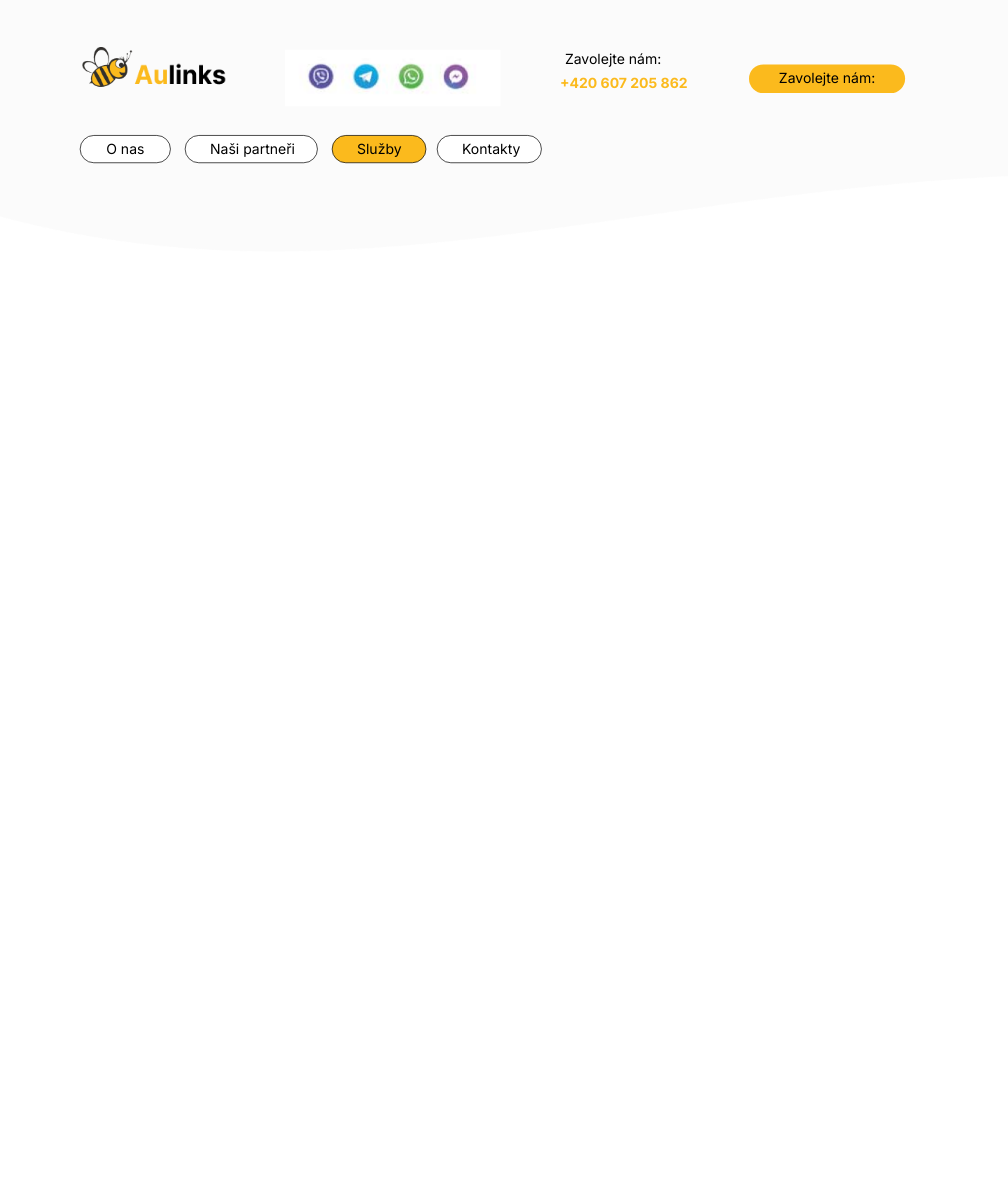
Repository: bilday08/bilday08.github.io
Page: page2.html
The author's editor kept a copy of each file at every save. The page is drawn from the files as they stood at one save, then again after the next save.
The browser window is 1280 px wide. The page is 1440 px wide, so the pictures cover 1440 px, including what lies to the right of the window. The pictures show the part of the page from y = 0 to 1720 px (the page is 5235 px tall before and 1032 px after), at 70% of full size.

Above is the page before, as saved 2022-10-14 16:39:56.

### page2.html
<!DOCTYPE html>
<html>
<head>
    <meta charset= utf-8 />
    <meta http-equiv="X-UA-Compatible" content="IE=edge">
    <meta name="viewport" content="width=device-width, initial-scale=1.0">
    <link href="./reset.css" rel="stylesheet"/>
    <link href="./style2.css" rel="stylesheet"/>
    <link href="./responsive2.css" rel="stylesheet"/>
    <link
    rel="stylesheet"
    href="https://cdnjs.cloudflare.com/ajax/libs/font-awesome/6.2.0/css/all.min.css"
    integrity="sha512-xh6O/CkQoPOWDdYTDqeRdPCVd1SpvCA9XXcUnZS2FmJNp1coAFzvtCN9BmamE+4aHK8yyUHUSCcJHgXloTyT2A=="
    crossorigin="anonymous"
    referrerpolicy="no-referrer" />
    <title>aulinks2</title>
    <link rel="preconnect" href="https://fonts.googleapis.com">
    <link rel="preconnect" href="https://fonts.gstatic.com" crossorigin>
    <link href="https://fonts.googleapis.com/css2?family=Inter:wght@400;600;700;900&display=swap" rel="stylesheet">
    <link
    href="https://cdn.jsdelivr.net/npm/bootstrap@5.2.2/dist/css/bootstrap.min.css"
    rel="stylesheet"
    integrity="sha384-Zenh87qX5JnK2Jl0vWa8Ck2rdkQ2Bzep5IDxbcnCeuOxjzrPF/et3URy9Bv1WTRi"
    crossorigin="anonymous">
    <link
    href="https://cdn.jsdelivr.net/npm/bootstrap@5.2.2/dist/css/bootstrap.min.css"
    rel="stylesheet"
    integrity="sha384-Zenh87qX5JnK2Jl0vWa8Ck2rdkQ2Bzep5IDxbcnCeuOxjzrPF/et3URy9Bv1WTRi"
    crossorigin="anonymous">
</head>
<body>
    <div class="wrapper">
        <herder class="herder">
            <div class="container-top">
                <img srcset="./images/logo.png 2x" alt="#" class="herder-log"/>
                <div class="herder-log--2">
                    <img src="./images/Aulinks.png" alt="#" class="herder-log--line"/>
                    <img src="./images/Menu Rounded.png" alt="#" class="herder-log-menu">
                </div>
                <div class="herder-images">
                    <img src="./images/1.png" alt="#" class="herder-images--contact"/>
                </div>
                <div class="herder-phone">
                    <span class="herder-phone--text">Zavolejte nám:</span>
                    <span class="herder-phone--number">+420 607 205 862</span>
                </div>
                <div class="herder-button">
                    <a href="#" class="herder-button--brand">Zavolejte nám:</a>
                </div>
                <div class="herder-button--bottom">
                    <a href="#" class="herder-button--bottom1">O nas</a>
                    <a href="#" class="herder-button--bottom2">Naši partneři</a>
                    <a href="#" class="herder-button--bottom3">Služby</a>
                    <a href="#" class="herder-button--bottom4">Kontakty</a>
                </div>
<script
src="https://cdn.jsdelivr.net/npm/@popperjs/core@2.11.6/dist/umd/popper.min.js"
integrity="sha384-oBqDVmMz9ATKxIep9tiCxS/Z9fNfEXiDAYTujMAeBAsjFuCZSmKbSSUnQlmh/jp3"
crossorigin="anonymous"></script>
<script
src="https://cdn.jsdelivr.net/npm/bootstrap@5.2.2/dist/js/bootstrap.min.js"
integrity="sha384-IDwe1+LCz02ROU9k972gdyvl+AESN10+x7tBKgc9I5HFtuNz0wWnPclzo6p9vxnk"
crossorigin="anonymous"></script>
</body>
</html>

### style2.css
*{
    box-sizing: border-box;
    font-family: 'Inter', sans-serif;
    margin: 0;
    padding: 0;
}
.wrapper{
    max-width: 1440px;
    height: 5235px;
}
  /*hedder*/
.container-top{
    max-width: 1440px;
    height: 410px;
    background-image: url(./images/Rectangle\ 8\ \(7\).png);
    background-repeat: no-repeat;
    background-size: auto;
    position: absolute;
}
.herder-log{
    position: absolute;
    width: 78px;
    height: 71px;
    margin-top: 60px;
    margin-left: 114px;
}
.herder-log--line{
    width: 130px;
    height: 30px;
    margin-left: 192px;
    margin-top: 91px;
}
.herder-log-menu{
    width: 30px;
    height: 30px;
    display: none;
}
.herder-images--contact{
    width: 308.12px;
    height: 81.11px;
    margin-left: 407px;
    margin-top: -50px;
}
.herder-phone--text{
    display: block;
    width: 145px;
    height: 30px;
    font-weight: 400;
    font-size: 20px;
    line-height: 24px;
    color: black;
    margin-left: 807px;
    margin-top: -79px;
    margin-right: 491px;
}
.herder-phone--number{
    display: block;
    width: 185px;
    height: 24px;
    font-weight: 700;
    font-size: 20px;
    line-height: 24px;
    color: #FBBA1D;
    margin: 4px 455px 0 800px;
}
.herder-button--brand{
   text-align: center;
   text-decoration: none;
   padding: 8px 39px;
   color: black;
   background-color: #FBBA1D;
   width: 223px;
   height: 41px;
   font-weight: 400;
   font-size: 20px;
   line-height: 24px;
   border-radius: 30px;
   margin-top: -39px;
   margin-left: 1070px;
   display: block;
}
.herder-button--bottom1{
   text-decoration: none;
   text-align: center;
   display: block;
   color: black;
   background-color: white;
   padding: 7px 35px;
   width: 130px;
   height: 40px;
   font-weight: 400;
   font-size: 20px;
   line-height: 24px;
   border-radius: 30px;
   border: 1px solid #000000;
   margin-top: 60px;
   margin-left: 114px;
}
.herder-button--bottom2{
   text-decoration: none;
   text-align: center;
   display: block;
   color: black;
   background-color: white;
   padding: 7px 35px;
   width: 190px;
   height: 40px;
   font-weight: 400;
   font-size: 20px;
   line-height: 24px;
   border-radius: 30px;
   border: 1px solid #000000;
   margin-top: -40px;
   margin-left: 264px;
   white-space: nowrap;
}
.herder-button--bottom3{
   text-decoration: none;
   text-align: center;
   display: block;
   color: black;
   background-color: #FBBA1D;
   padding: 7px 35px;
   width: 135px;
   height: 40px;
   font-weight: 400;
   font-size: 20px;
   line-height: 24px;
   border-radius: 30px;
   border: 1px solid #000000;
   margin-top: -40px;
   margin-left: 474px;
}
.herder-button--bottom4{
   text-decoration: none;
   text-align: center;
   display: block;
   color: black;
   background-color: white;
   padding: 7px 35px;
   width: 150px;
   height: 40px;
   font-weight: 400;
   font-size: 20px;
   line-height: 24px;
   border-radius: 30px;
   border: 1px solid #000000;
   margin-top: -40px;
   margin-left: 624px;
}

### responsive2.css
*{
    box-sizing: border-box;
    font-family: 'Inter', sans-serif;
    margin: 0;
    padding: 0;
}
.wrapper{
    max-width: 1440px;
}
  /*hedder*/
.container-top{
    max-width: 1440px;
    height: 410px;
    background-image: url(./images/Rectangle\ 8\ \(3\).png);
    background-repeat: no-repeat;
    background-size: auto;
    position: absolute;
}
.herder-log{
    position: absolute;
    width: 78px;
    height: 71px;
    margin-top: 60px;
    margin-left: 114px;
}
.herder-log--line{
    width: 130px;
    height: 30px;
    margin-left: 192px;
    margin-top: 91px;
}
.herder-log-menu{
    width: 30px;
    height: 30px;
    display: none;
}
.herder-images--contact{
    width: 308.12px;
    height: 81.11px;
    margin-left: 407px;
    margin-top: -50px;
}
.herder-phone--text{
    display: block;
    width: 145px;
    height: 30px;
    font-weight: 400;
    font-size: 20px;
    line-height: 24px;
    color: black;
    margin-left: 807px;
    margin-top: -79px;
    margin-right: 491px;
}
.herder-phone--number{
    display: block;
    width: 185px;
    height: 24px;
    font-weight: 700;
    font-size: 20px;
    line-height: 24px;
    color: #FBBA1D;
    margin: 4px 455px 0 800px;
}
.herder-button--brand{
   text-align: center;
   text-decoration: none;
   padding: 8px 39px;
   color: black;
   background-color: #FBBA1D;
   width: 223px;
   height: 41px;
   font-weight: 400;
   font-size: 20px;
   line-height: 24px;
   border-radius: 30px;
   margin-top: -39px;
   margin-left: 1070px;
   display: block;
}
.herder-button--bottom1{
   text-decoration: none;
   text-align: center;
   display: block;
   color: black;
   background-color: white;
   padding: 7px 35px;
   width: 130px;
   height: 40px;
   font-weight: 400;
   font-size: 20px;
   line-height: 24px;
   border-radius: 30px;
   border: 1px solid #000000;
   margin-top: 60px;
   margin-left: 114px;
}
.herder-button--bottom2{
   text-decoration: none;
   text-align: center;
   display: block;
   color: black;
   background-color: white;
   padding: 7px 35px;
   width: 190px;
   height: 40px;
   font-weight: 400;
   font-size: 20px;
   line-height: 24px;
   border-radius: 30px;
   border: 1px solid #000000;
   margin-top: -40px;
   margin-left: 264px;
   white-space: nowrap;
}
.herder-button--bottom3{
   text-decoration: none;
   text-align: center;
   display: block;
   color: black;
   background-color: #FBBA1D;
   padding: 7px 35px;
   width: 135px;
   height: 40px;
   font-weight: 400;
   font-size: 20px;
   line-height: 24px;
   border-radius: 30px;
   border: 1px solid #000000;
   margin-top: -40px;
   margin-left: 474px;
}
.herder-button--bottom4{
   text-decoration: none;
   text-align: center;
   display: block;
   color: black;
   background-color: white;
   padding: 7px 35px;
   width: 150px;
   height: 40px;
   font-weight: 400;
   font-size: 20px;
   line-height: 24px;
   border-radius: 30px;
   border: 1px solid #000000;
   margin-top: -40px;
   margin-left: 624px;
}
.container-center{
    position: absolute;
    width: 1440px;
    height: 794px;
    background-image: url(./images/2.png);
    background-size: 100%;
    background-repeat: no-repeat;
    margin-top: 5px;
}
.herder-background--content1{
    width: 427px;
    height: 95px;
    font-weight: 600;
    font-size: 40px;
    line-height: 48px;
    color: #000000;
    margin-left: 800px;
    margin-top: 132px;
}
.herder-background--content2{
    width: 535px;
    height: 120px;
    font-weight: 400;
    font-size: 17px;
    line-height: 30px;
    color: #000000;
    margin-top: 28px;
    margin-left: 800px;
}
.herder-backgroud--button1{
   text-decoration: none;
   text-align: center;
   display: block;
   padding: 8px 39px;
   color: black;
   background-color: #FBBA1D;
   width: 271px;
   height: 41px;
   font-weight: 400;
   font-size: 20px;
   line-height: 24px;
   border-radius: 30px;
   margin-top: 43px;
   margin-left: 800px;
   white-space: nowrap;
}
.herder-images--top_center{
    max-width: 100%;
    height: auto;
}
.center-button--white{
    text-decoration: none;
    max-width: 1093px;
    height: 313px;
    background-color:#FFFFFF;
    border-radius: 81px;
    display: block;
    margin-top: 165px;
    margin-left: 162px;
    margin-right: 185px;
    padding-top: 78px;
}
.center-button--first1{
    display: block;
    font-weight: 600;
    font-size: 100px;
    line-height: 121px;
    color: #646464;
    margin-left: 49px;
}
.center-button--first2{
    width: 240px;
    height: 33px;
    display: block;
    font-weight: 400;
    font-size: 30px;
    line-height: 30px;
    color: #000000;
    margin-left: 62px;
    margin-bottom: 78px;
}
.center-button--second1{
    width: 224px;
    height: 124px;
    font-style: normal;
    font-weight: 600;
    font-size: 100px;
    line-height: 121px;
    color: #646464;
    margin-left: 437px;
    margin-top: -235px;
    display: block;
}
.center-button--second2{
    display: block;
    position: absolute;
    font-style: normal;
    font-weight: 400;
    font-size: 30px;
    line-height: 30px;
    color: black;
    margin-left: 515px;
    margin-bottom: 78px;
}
.center-button--third1{
    display: block;
    font-weight: 600;
    font-size: 100px;
    line-height: 121px;
    color: #646464;
    margin-left: 838px;
    margin-top: -127px;
}
.center-button--third2{
    display: block;
    position: absolute;
    font-style: normal;
    font-weight: 400;
    font-size: 30px;
    line-height: 30px;
    color: black;
    margin-left: 868px;
    margin-top: 6px;
}
 /*main*/
.global-heading{
    max-width: 418px;
    height: 95px;
    font-weight: 600;
    font-size: 40px;
    line-height: 48px;
    color: #000000;
    margin-top: 213px;
    margin-left: 113px;
}
.global-text{
    font-weight: 400;
    font-size: 17px;
    line-height: 30px;
    color: #000000;
    max-width: 432px;
    height: 189px;
    margin-left: 113px;
    margin-top: 41px;
}
.service-button--first{
    text-decoration: none;
    text-align: center;
    display: block;
    padding: 8px 39px;
    color: black;
    background-color: #FBBA1D;
    width: 271px;
    height: 41px;
    font-weight: 400;
    font-size: 20px;
    line-height: 24px;
    border-radius: 30px;
    white-space: nowrap;
    margin-left: 113px;
}
.service-images--first{
    width: 583px;
    height: 360px;
    display: block;
    margin-top: -338px;
    margin-left: 750px;
}
.service-images--sencond{
    width: 544px;
    height: 312px;
    display: block;
    margin-top: 143px;
    margin-left: 113px;
}
.global-heading2{
    max-width: 418px;
    height: 95px;
    font-weight: 600;
    font-size: 40px;
    line-height: 48px;
    color: #000000;
    margin-top: -360px;
    margin-left: 750px;
}
.global-text2{
    font-weight: 400;
    font-size: 17px;
    line-height: 30px;
    color: #000000;
    max-width: 432px;
    height: 189px;
    margin-left: 750px;
    margin-top: 41px;
}
.service-button--second{
    text-decoration: none;
    text-align: center;
    display: block;
    padding: 8px 39px;
    color: black;
    background-color: #FBBA1D;
    width: 271px;
    height: 41px;
    font-weight: 400;
    font-size: 20px;
    line-height: 24px;
    border-radius: 30px;
    white-space: nowrap;
    margin-left: 750px;
}
.container-brand{
    background-image: url(./images/Rectangle\ 7.png);
    background-repeat: no-repeat;
    background-size: auto;
    position: absolute;
    width: 1440px;
    height: 429px;
    margin-top: 164px;
}
.brand-images1{
    margin-top: 227px;
    margin-left: 128px;
}
.brand-images2{
    margin-top: 237px;
    margin-left: 43px;
}
.brand-images3{
    margin-top: 231px;
    margin-left: 43px;
}
.brand-images4{
    margin-top: 256px;
    margin-left: 43px;
}
.brand-images5{
    margin-top: 233px;
    margin-left: 43px;
}
.brand-images6{
    margin-top: 253px;
    margin-left: 43px;
}
.titles-icon{
    width: 738px;
    height: 56px;
    font-weight: 600;
    font-size: 40px;
    line-height: 48px;
    color: #000000;
    margin-top: 712px;
    margin-left: 351px;
}
.icon-images1{
    width: 117px;
    height: 108px;
    margin-left: 230px;
    margin-top: 94px;
}
.icon-images2{
    width: 92px;
    height: 93px;
    margin-left: 98px;
    margin-top: 101px;
}
.icon-images3{
    width: 119px;
    height: 128px;
    margin-left: 135px;
    margin-top: 88px;
}
.icon-images4{
    width: 119px;
    height: 126px;
    margin-left: 127px;
    margin-top: 88px;
}
.icon-images5{
    width: 116px;
    height: 101px;
    margin-left: 90px;
    margin-top: 99px;
}
.icon-text1{
    text-align: center;
    display: block;
    width: 83px;
    height: 33px;
    font-weight: 400;
    font-size: 30px;
    line-height: 30px;
    color: #000000;
    margin-top: 25px;
    margin-left: 247px;
}
.icon-text2{
    text-align: center;
    display: block;
    width: 211px;
    height: 33px;
    font-weight: 400;
    font-size: 30px;
    line-height: 30px;
    color: #000000;
    margin-top: -33px;
    margin-left: 386px;
}
.icon-text3{
    text-align: center;
    display: block;
    width: 191px;
    height: 33px;
    font-weight: 400;
    font-size: 30px;
    line-height: 30px;
    color: #000000;
    margin-top: -33px;
    margin-left: 636px;
}
.icon-text4{
    text-align: center;
    display: block;
    width: 222px;
    height: 33px;
    font-weight: 400;
    font-size: 30px;
    line-height: 30px;
    color: #000000;
    margin-top: -33px;
    margin-left: 866px;
}
.icon-text5{
    text-align: center;
    display: block;
    width: 91px;
    height: 33px;
    font-weight: 400;
    font-size: 30px;
    line-height: 30px;
    color: #000000;
    margin-top: -33px;
    margin-left: 1140px;
}
.login-box{
    width: 692px;
    height: 530px;
    border: 1px solid #FBBA1D;
    border-radius: 42px;
    margin-top: 299px;
    margin-left: 113px;
}
.box-heading{
    height: 119px;
    width: 537px;
    font-weight: 600;
    font-size: 40px;
    line-height: 35px;
    color: #000000;
    margin-top: 46px;
    margin-left: 78px;
}
.box-text{
    height: 119px;
    width: 537px;
    font-weight: 400;
    font-size: 17px;
    line-height: 30px;
    color: #000000;
    margin-top: -65px;
    margin-left: 78px;
}
.titles1{
    display: block;
    font-weight: 400;
    font-size: 17px;
    color: #646464;
    line-height: 67px;
    margin-top: -357px;
    margin-left: 189px;
}
.titles2{
    display: block;
    font-weight: 400;
    font-size: 17px;
    color: #646464;
    line-height: 67px;
    margin-left: 189px
}
.titles3{
    display: block;
    font-weight: 400;
    font-size: 17px;
    color: #646464;
    line-height: 67px;
    margin-left: 189px
}
.underlined1{
    display: block;
    position: absolute;
    width: 541px;
    height: 0px;
    border: 1px solid #000000;
    margin-left: 189px;
}
.underlined2{
    display: block;
    position: absolute;
    width: 541px;
    height: 0px;
    border: 1px solid #000000;
    margin-left: 189px
}
.underlined3{
    display: block;
    position: absolute;
    width: 541px;
    height: 0px;
    border: 1px solid #000000;
    margin-left: 189px
}
.login-login--button{
    text-decoration: none;
    text-align: center;
    display: block;
    padding: 8px 103px;
    color: black;
    background-color: #FBBA1D;
    width: 271px;
    height: 41px;
    font-weight: 400;
    font-size: 20px;
    line-height: 24px;
    border-radius: 30px;
    white-space: nowrap;
    margin-top: 54px;
    margin-left: 324px;
}
.login-contact--number{
    display: block;
    width: 476px;
    height: 37px;
    font-weight: 900;
    font-size: 50px;
    line-height: 30px;
    color: #FBBA1D;
    margin-left: 854px;
    margin-top: -280px;
}
.login-contact--text{
    display: block;
    width: 172px;
    height: 33px;
    font-weight: 400;
    font-size: 20px;
    line-height: 30px;
    margin-left: 854px;
    margin-top: 26px;
}
.login-contact--images{
    width: 308px;
    height: 89px;
    margin-left: 827px;
    margin-top: 20px;
}
.container-bottom{
    width: 1440px;
    height: 338px;
    background: #FBFBFB;
    font-family: 'Inter', sans-serif;
    background-image: url(./images/Rectangle\ 10\ \(2\).png);
}
.footer-logo1{
    width: 78px;
    height: 71px;
    margin-top: 57px;
    margin-left: 113px;
}
.footer-logo2{
    width: 130px;
    height: 30px;
    margin-top: 78px;
}
.footer-text1{
    display: block;
    font-weight: 400;
    font-size: 17px;
    line-height: 30px;
    color: #000000;
    margin-left: 113px;
    margin-top: 90px;
}
.footer-text2{
    display: block;
    font-weight: 400;
    font-size: 17px;
    line-height: 30px;
    color: #000000;
    margin-left: 113px;
    margin-top: 4px;
}
.footer-text3{
    width: 319px;
    height: 63px;
    display: block;
    font-weight: 400;
    font-size: 17px;
    line-height: 30px;
    color: #000000;
    margin-left: 559px;
    margin-top:-200px;
}
.footer-text4{
    width: 145px;
    height: 30px;
    display: block;
    font-weight: 400;
    font-size: 17px;
    line-height: 30px;
    color: #000000;
    margin-left: 559px;
    margin-top: 58px;
}
.footer-number{
    width: 369px;
    height: 48px;
    font-weight: 700;
    font-size: 40px;
    line-height: 48px;
    color: #FBBA1D;
    margin-left: 559px;
}
.bottom1{
    text-decoration: none;
    text-align: center;
    display: block;
    color: black;
    background-color: white;
    padding: 7px 35px;
    width: 130px;
    height: 40px;
    font-weight: 400;
    font-size: 20px;
    line-height: 24px;
    border-radius: 30px;
    border: 1px solid #000000;
    margin: -220px 170px 16px 1140px;
}
.bottom2{
    text-decoration: none;
    text-align: center;
    display: block;
    color: black;
    background-color: white;
    padding: 7px 35px;
    width: 190px;
    height: 40px;
    font-weight: 400;
    font-size: 20px;
    line-height: 24px;
    border-radius: 30px;
    border: 1px solid #000000;
    margin: 16px 170px 16px 1140px;
    white-space: nowrap;
}
.bottom3{
    text-decoration: none;
    text-align: center;
    display: block;
    color: black;
    background-color: white;
    padding: 7px 35px;
    width: 150px;
    height: 40px;
    font-weight: 400;
    font-size: 20px;
    line-height: 24px;
    border-radius: 30px;
    border: 1px solid #000000;
    margin: 16px 170px 16px 1140px;
}
.bottom-yellow{
    text-decoration: none;
    text-align: center;
    display: block;
    color: black;
    background-color: #FBBA1D;
    padding: 7px 35px;
    width: 135px;
    height: 40px;
    font-weight: 400;
    font-size: 20px;
    line-height: 24px;
    border-radius: 30px;
    border: 1px solid #000000;
    margin: 16px 170px 16px 1140px;
}

Loaded but not shown: reset.css (common file)

After the next save:
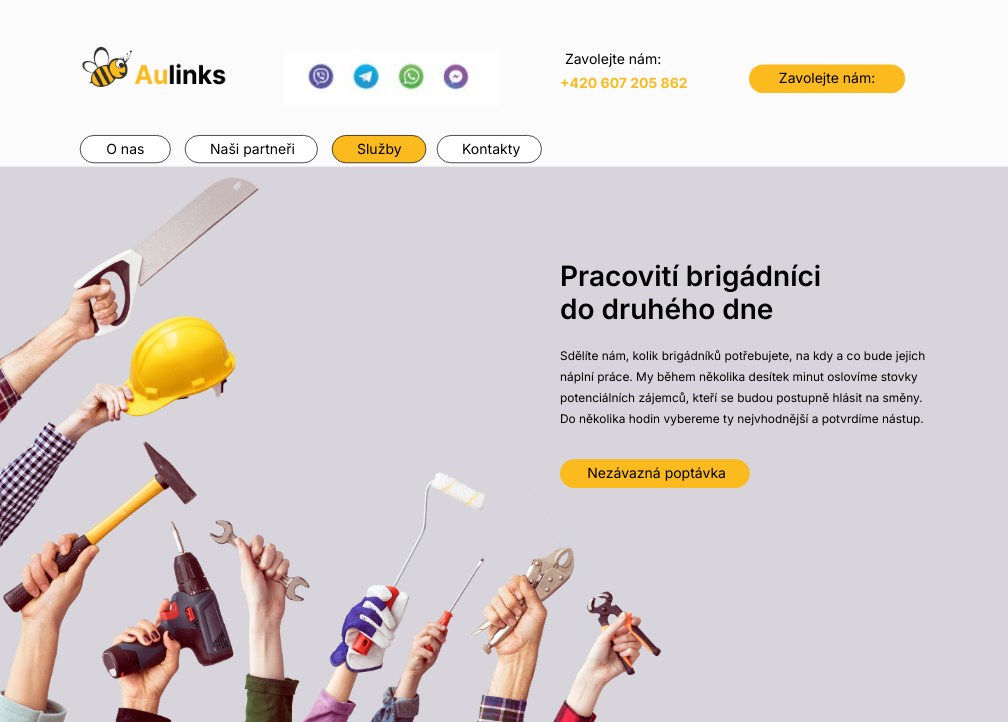
Saved 31 h 48 min later.
--- a/page2.html
+++ b/page2.html
@@ -53,6 +53,16 @@
                     <a href="#" class="herder-button--bottom3">Služby</a>
                     <a href="#" class="herder-button--bottom4">Kontakty</a>
                 </div>
+                <div class="container-center">
+                    <h1 class="herder-background--content1">Pracovití brigádníci do druhého dne</h1>
+                    <p class="herder-background--content2">
+                    Sdělíte nám, kolik brigádníků potřebujete, na kdy a co bude jejich náplní práce.
+                    My během několika desítek minut oslovíme stovky potenciálních zájemců, kteří se
+                    budou postupně hlásit na směny. Do několika hodin vybereme ty nejvhodnější a potvrdíme nástup.
+                    </p>
+                    <div class="herder-background--button">
+                        <a href="#" class="herder-backgroud--button1">Nezávazná poptávka</a>
+                    </div>
 <script
 src="https://cdn.jsdelivr.net/npm/@popperjs/core@2.11.6/dist/umd/popper.min.js"
 integrity="sha384-oBqDVmMz9ATKxIep9tiCxS/Z9fNfEXiDAYTujMAeBAsjFuCZSmKbSSUnQlmh/jp3"
--- a/style2.css
+++ b/style2.css
@@ -6,7 +6,6 @@
 }
 .wrapper{
     max-width: 1440px;
-    height: 5235px;
 }
   /*hedder*/
 .container-top{
@@ -148,3 +147,44 @@
    margin-top: -40px;
    margin-left: 624px;
 }
+.container-center{
+    position: absolute;
+    width: 1440px;
+}
+.herder-background--content1{
+    width: 427px;
+    height: 95px;
+    font-weight: 600;
+    font-size: 40px;
+    line-height: 48px;
+    color: #000000;
+    margin-left: 800px;
+    margin-top: 132px;
+}
+.herder-background--content2{
+    width: 535px;
+    height: 120px;
+    font-weight: 400;
+    font-size: 17px;
+    line-height: 30px;
+    color: #000000;
+    margin-top: 28px;
+    margin-left: 800px;
+}
+.herder-backgroud--button1{
+   text-decoration: none;
+   text-align: center;
+   display: block;
+   padding: 8px 39px;
+   color: black;
+   background-color: #FBBA1D;
+   width: 271px;
+   height: 41px;
+   font-weight: 400;
+   font-size: 20px;
+   line-height: 24px;
+   border-radius: 30px;
+   margin-top: 43px;
+   margin-left: 800px;
+   white-space: nowrap;
+}
